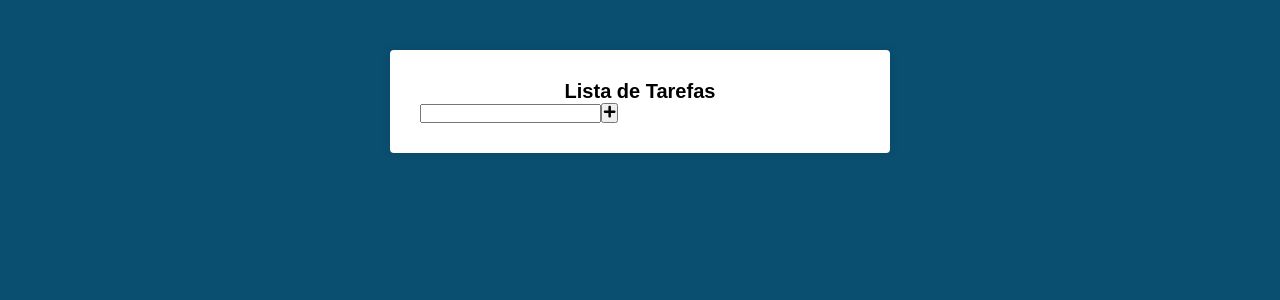
Repository: FellipeMiguel/lista-de-tarefas
Page: /
These files come from the project's save history. The page is drawn as it stood at one moment and after the next save; the edit follows.
The browser window is 1280 px wide. The pictures show the whole page.
The project was rebuilt for these pictures with package versions that can differ from the ones it lists, and the page was loaded fresh each time.

Above is the page before, as saved 2023-06-14 23:26:49.

After the next save:
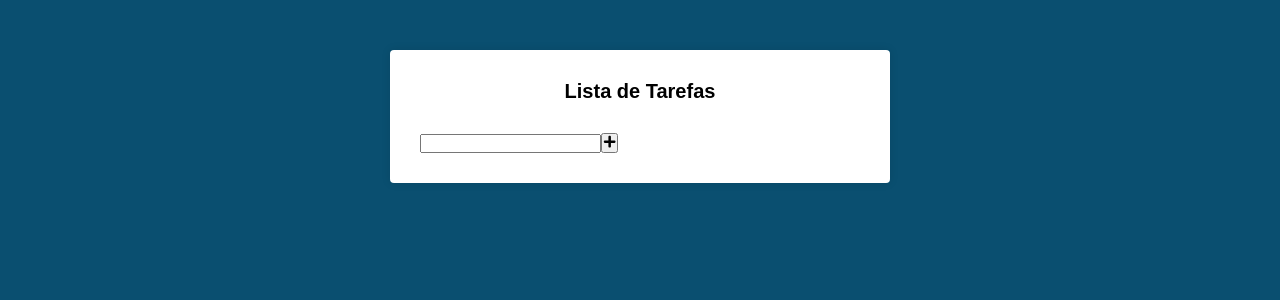
Saved 17 s later.
--- a/src/components/Main.css
+++ b/src/components/Main.css
@@ -11,3 +11,7 @@
   font-size: 20px;
   text-align: center;
 }
+
+.form {
+  margin-top: 30px;
+}
